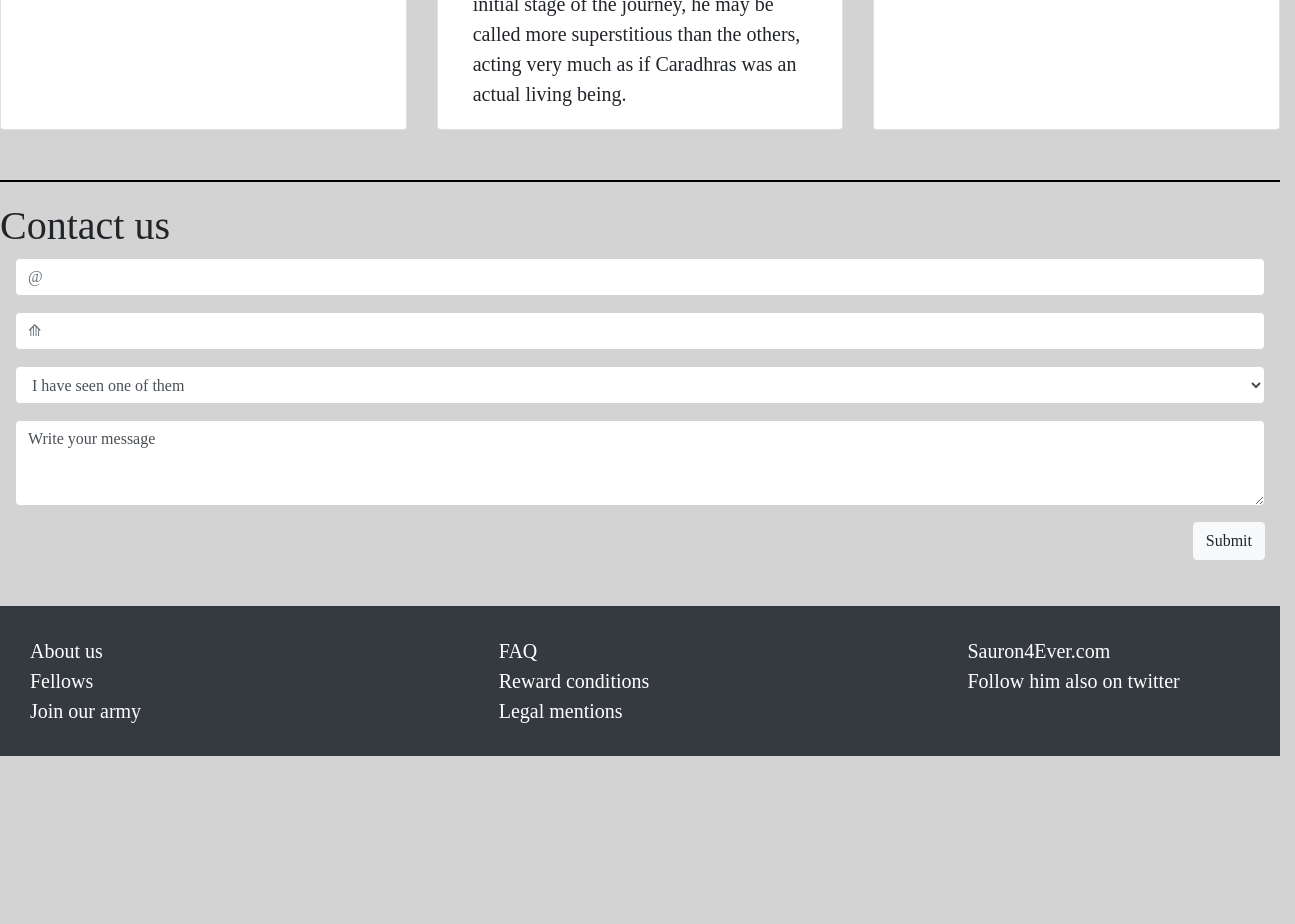
Repository: Khaleddwm/FindThePrecious
Page: index.html
The author's editor kept a copy of each file at every save. The page is drawn from the files as they stood at one save, then again after the next save.
The browser window is 1280 px wide. The page is 1295 px wide, so the pictures cover 1295 px, including what lies to the right of the window. The pictures show the part of the page from y = 1730 to 2654 px (the page is 2654 px tall).
Some web fonts or font styles are not loaded; a fallback is used.

Above is the page before, as saved 2020-05-25 00:49:43.

After the next save:
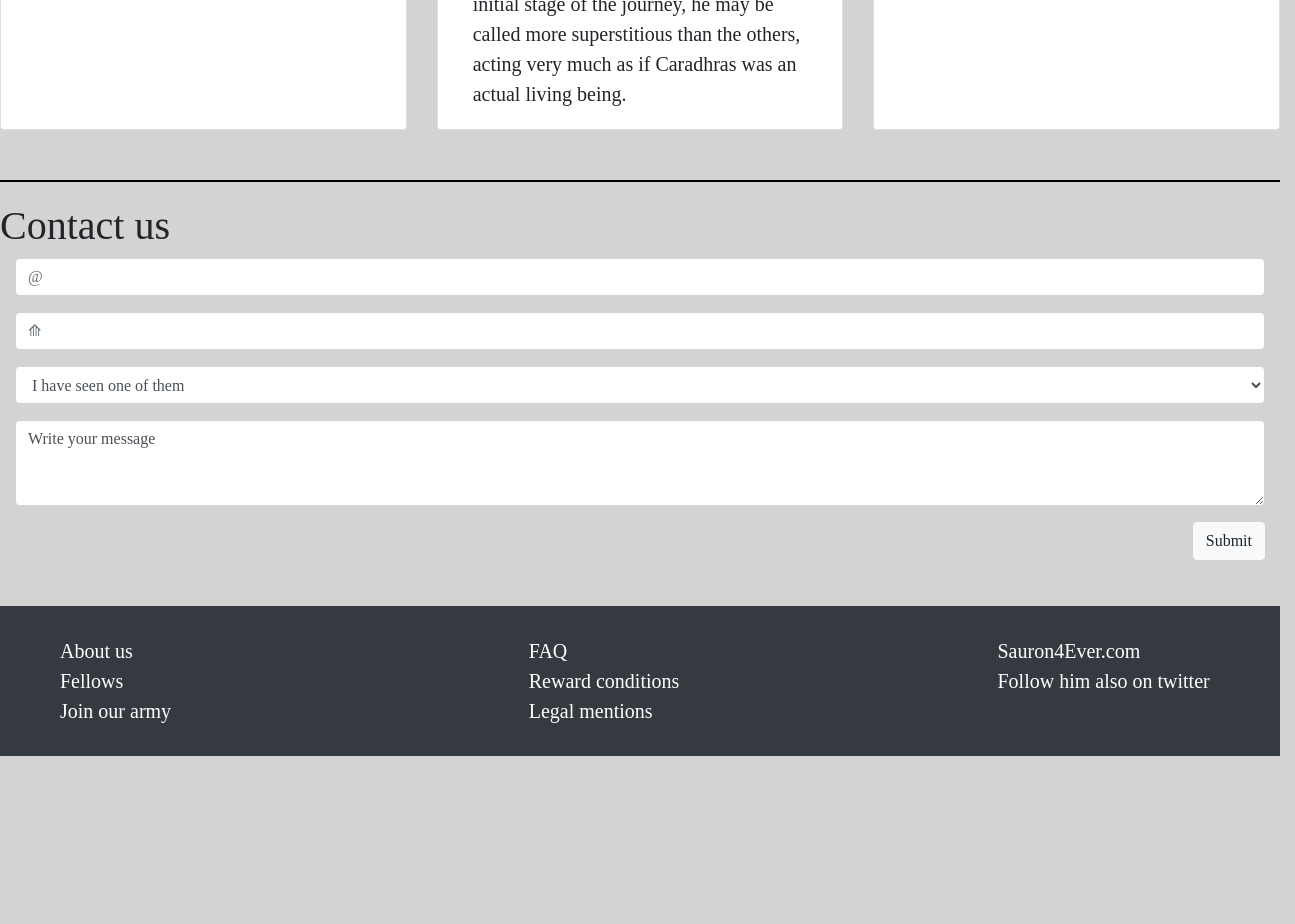
Saved 10 s later.
--- a/style.css
+++ b/style.css
@@ -90,7 +90,7 @@ footer .container-fluid {
     color: white;
 }
 footer a {
-    margin-top: 30px;
+    margin: 30px;
 }
 
 ul, ol {
